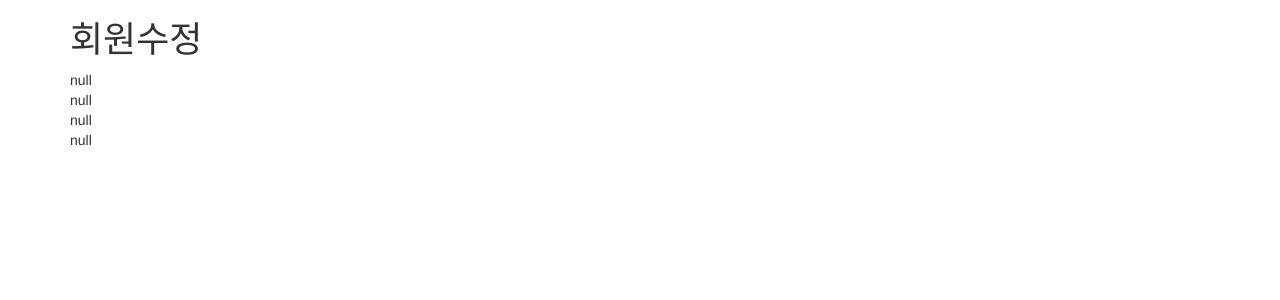
Repository: juhee1020/studying
Page: http://localhost/jsp02_database/jsp01_connect/jsp02_updateMember.jsp
These files come from the project's save history. The page is drawn as it stood at one moment and after the next save; the edit follows.
The browser window is 1280 px wide. The pictures show the whole page.
The page is served by Tomcat 9. Other server files are loaded and not shown.

Above is the page before, as saved 2022-12-16 04:19:42.

### JSP/jsp02_database/WebContent/jsp01_connect/jsp02_updateMember.jsp
<%@page import="java.sql.*"%>
<%@page language="java" contentType="text/html; charset=UTF-8" pageEncoding="UTF-8"%>
<%@taglib prefix="c" uri="http://java.sun.com/jsp/jstl/core"%>
<!DOCTYPE html>
<%
	request.setCharacterEncoding("utf-8");
	String id=request.getParameter("id");
	String pw=request.getParameter("pw");
	String name=request.getParameter("name");
	String email=request.getParameter("email");

	String URL="jdbc:mariadb://localhost:3306/jspstudy";
	String USR="root";
	String PWD="12345";

	String sql = "update member set password='"+pw+
			"', name='"+name+"', email='"+email+"' where id='"+id+"'";

	Class.forName("org.mariadb.jdbc.Driver");

	Connection conn=null;
	PreparedStatement pstmt=null;
	//ResultSet  rs=null;

	try{
		conn=DriverManager.getConnection(URL, USR, PWD);
		pstmt=conn.prepareStatement(sql);


		pstmt.executeUpdate();


		}catch(Exception e){
			out.write("<h3 class='bg-danger text-white'>DB 접속실패</h3>");
		}finally{
			try{
				//if(rs!=null)rs.close();
				if(pstmt!=null)pstmt.close();
				if(conn!=null)conn.close();
			}catch(Exception e){
				// 더미
			}
		}

%>
<html>
<head>
    <meta charset="UTF-8">
	<meta name="viewport" content="width=device-width, initial-scale=1, minimum-scale=1, maximum-scale=1">
  	<link rel="stylesheet" href="https://maxcdn.bootstrapcdn.com/bootstrap/3.4.1/css/bootstrap.min.css">
  	<script src="https://ajax.googleapis.com/ajax/libs/jquery/3.6.0/jquery.min.js"></script>
  	<script src="https://maxcdn.bootstrapcdn.com/bootstrap/3.4.1/js/bootstrap.min.js"></script>
</head>
<body>
	<div class="container">
		<h1>회원수정</h1>
		<%= id %><br>
		<%= pw %><br>
		<%= name %><br>
		<%= email %><br>
	</div>
</body>
</html>

After the next save:
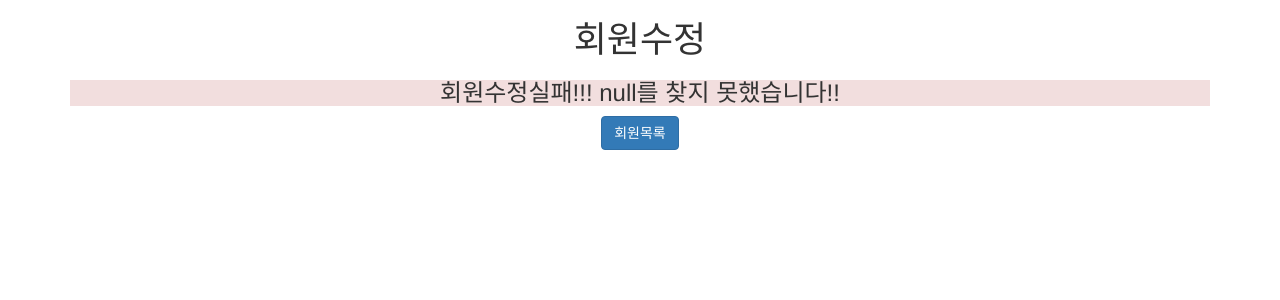
Saved 12 s later.
--- a/JSP/jsp02_database/WebContent/jsp01_connect/jsp02_updateMember.jsp
+++ b/JSP/jsp02_database/WebContent/jsp01_connect/jsp02_updateMember.jsp
@@ -1,48 +1,46 @@
-<%@page import="java.sql.*"%>
+<%@page import="java.sql.DriverManager"%>
+<%@page import="java.sql.PreparedStatement"%>
+<%@page import="java.sql.Connection"%>
 <%@page language="java" contentType="text/html; charset=UTF-8" pageEncoding="UTF-8"%>
 <%@taglib prefix="c" uri="http://java.sun.com/jsp/jstl/core"%>
-<!DOCTYPE html>
 <%
 	request.setCharacterEncoding("utf-8");
-	String id=request.getParameter("id");
-	String pw=request.getParameter("pw");
-	String name=request.getParameter("name");
-	String email=request.getParameter("email");
-
-	String URL="jdbc:mariadb://localhost:3306/jspstudy";
-	String USR="root";
-	String PWD="12345";
-
-	String sql = "update member set password='"+pw+
-			"', name='"+name+"', email='"+email+"' where id='"+id+"'";
+	String id = request.getParameter("id");
+	String pw = request.getParameter("pw");
+	String name = request.getParameter("name");
+	String email = request.getParameter("email");
 
 	Class.forName("org.mariadb.jdbc.Driver");
+    Connection conn = null;
+    PreparedStatement pstmt = null;
 
-	Connection conn=null;
-	PreparedStatement pstmt=null;
-	//ResultSet  rs=null;
+    int updateCount = 0;
+	String url = "jdbc:mariadb://localhost:3306/jspstudy";
+	String usr = "root";
+	String pwd = "12345";
+	String sql = "update member set password=?, name=?, email=? where id = ?";
 
-	try{
-		conn=DriverManager.getConnection(URL, USR, PWD);
-		pstmt=conn.prepareStatement(sql);
-
-
-		pstmt.executeUpdate();
-
-
-		}catch(Exception e){
-			out.write("<h3 class='bg-danger text-white'>DB 접속실패</h3>");
-		}finally{
-			try{
-				//if(rs!=null)rs.close();
-				if(pstmt!=null)pstmt.close();
-				if(conn!=null)conn.close();
-			}catch(Exception e){
-				// 더미
-			}
+	try {
+		conn = DriverManager.getConnection(url, usr, pwd);
+		pstmt = conn.prepareStatement(sql);
+		pstmt.setString(1, pw);
+		pstmt.setString(2, name);
+		pstmt.setString(3, email);
+		pstmt.setString(4, id);
+		updateCount = pstmt.executeUpdate();
+	} catch(Exception e) {
+		out.write("<h3 class='bg-danger text-white'>DB접속실패!!!</h3><br>" + e.getMessage());
+	} finally {
+		// 5. close() DB 연결 해제
+		try {
+			if(pstmt != null) pstmt.close();
+			if(conn != null) conn.close();
+		} catch(Exception e) {
+			// dummy
 		}
-
+	}
 %>
+<!DOCTYPE html>
 <html>
 <head>
     <meta charset="UTF-8">
@@ -52,12 +50,24 @@
   	<script src="https://maxcdn.bootstrapcdn.com/bootstrap/3.4.1/js/bootstrap.min.js"></script>
 </head>
 <body>
-	<div class="container">
+	<div class="container" align="center">
+
 		<h1>회원수정</h1>
-		<%= id %><br>
-		<%= pw %><br>
-		<%= name %><br>
-		<%= email %><br>
+
+		<%
+			if(updateCount > 0) {
+		%>
+				<h3 class="bg-info text-white"><%= id %>회원의 정보가 성공적으로 수정되었습니다!!</h3>
+		<%
+			} else {
+		%>
+				<h3 class="bg-danger text-white">회원수정실패!!! <%=id %>를 찾지 못했습니다!!</h3>
+		<%
+			}
+		%>
+
+		<a href="jsp05_listMember.jsp" class="btn btn-primary">회원목록</a>
 	</div>
+
 </body>
 </html>
